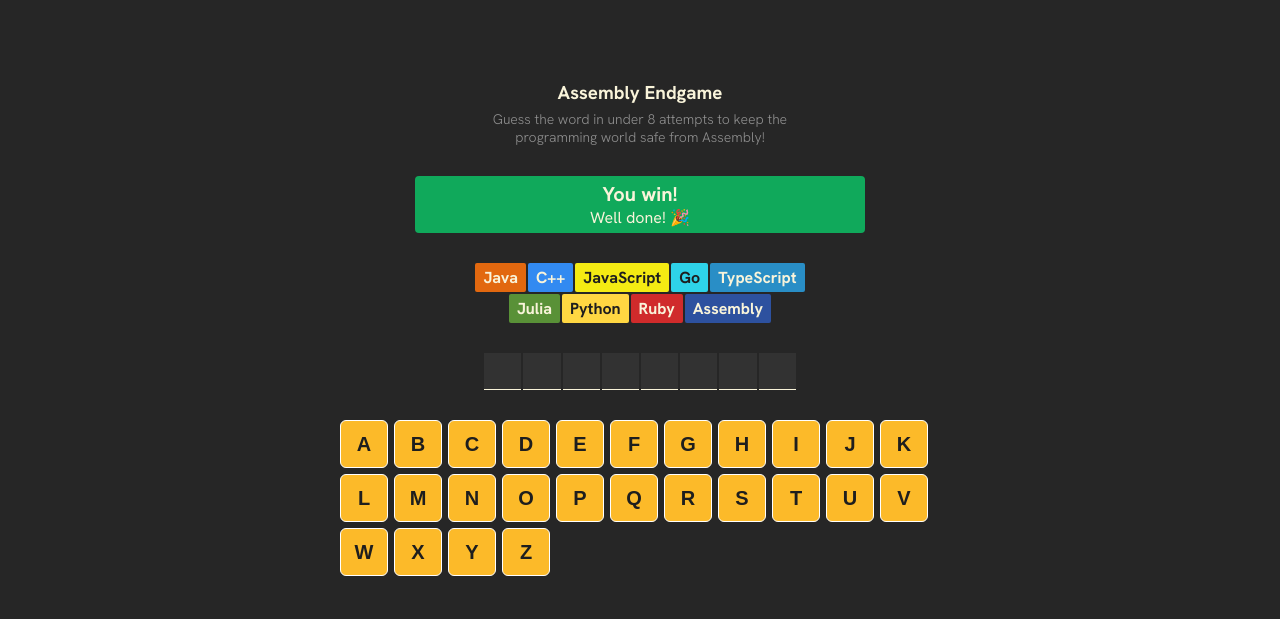
Repository: AchrafAzzaoui/AssemblyEndgame
Page: / (app in assembly-endgame/)
The author's editor kept a copy of each file at every save. The page is drawn from the files as they stood at one save, then again after the next save.
The browser window is 1280 px wide. The pictures show the whole page.
The project was rebuilt for these pictures with package versions that can differ from the ones it lists, and the page was loaded fresh each time. Also part of the build but not shown: assembly-endgame/vite.config.js.

Above is the page before, as saved 2024-12-25 15:35:05.

After the next save:
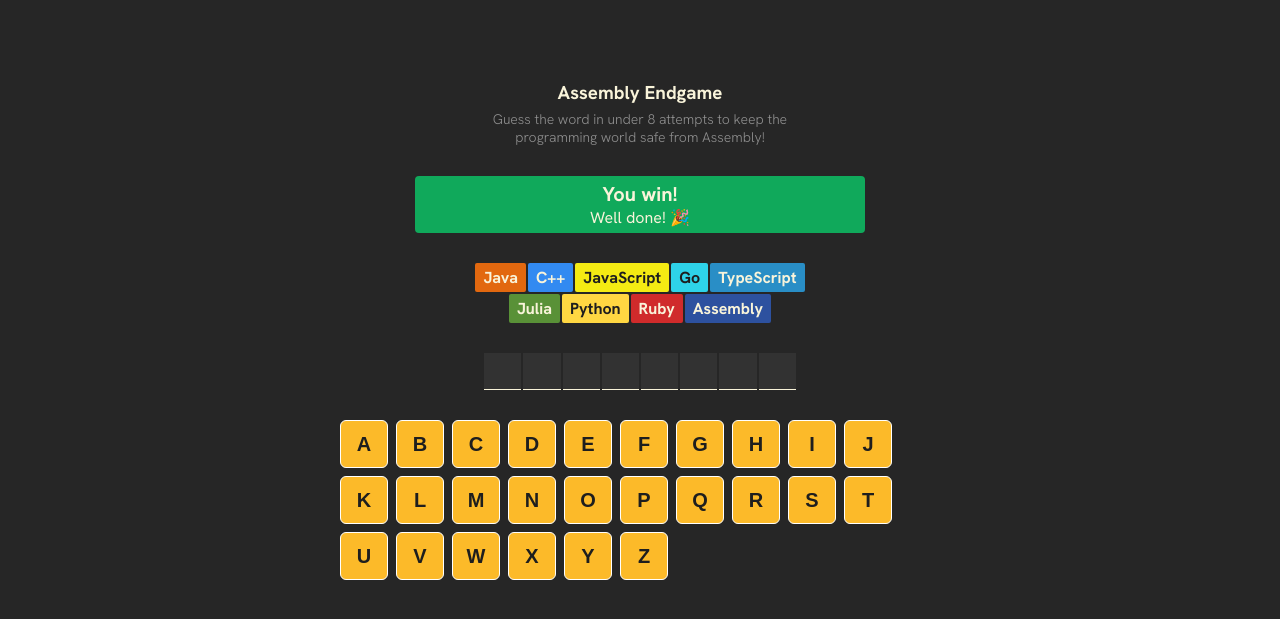
Saved 19 s later.
--- a/assembly-endgame/src/index.css
+++ b/assembly-endgame/src/index.css
@@ -103,7 +103,7 @@
   display: flex;
   flex-wrap: wrap;
 
-  gap: 6px;
+  gap: 8px;
   margin-top: 30px;
 }
 
